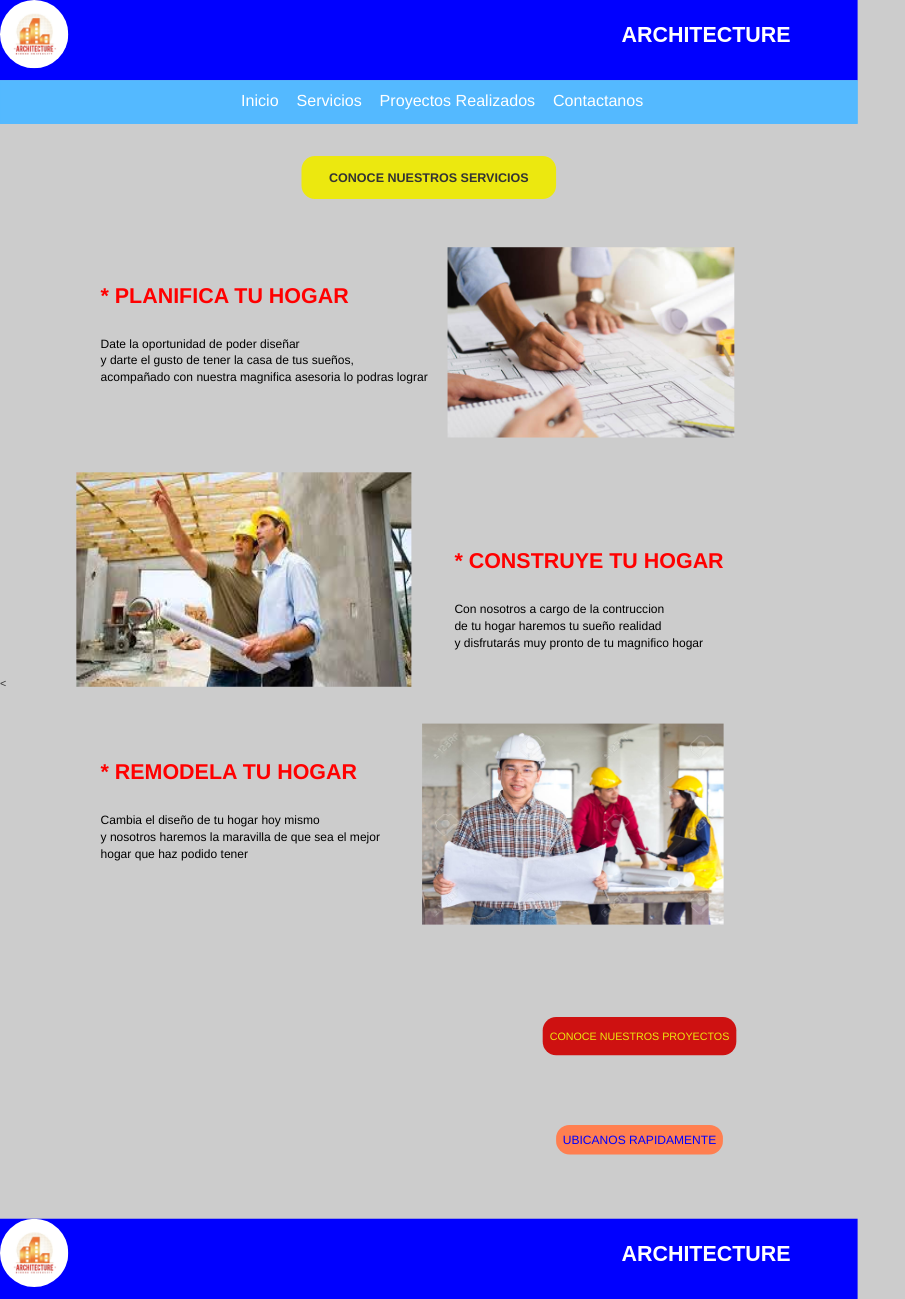
Repository: gabrielestrella18/htdocs
Page: http://localhost/arquitectos/servicios.php
An editor plug-in stored every save of this project. The page is shown before and after the next save, followed by the edit.
The browser window is 1280 px wide. The page is 1350 px wide, so the pictures cover 1350 px, including what lies to the right of the window. The pictures show the whole page, at 67% of full size.
Pictures or frames that could not be fetched are drawn as grey boxes. The page is run by PHP 8.4 with error messages shown; the project is at /var/www/html/.

Above is the page before, as saved 2023-12-10 00:28:08.

After the next save:
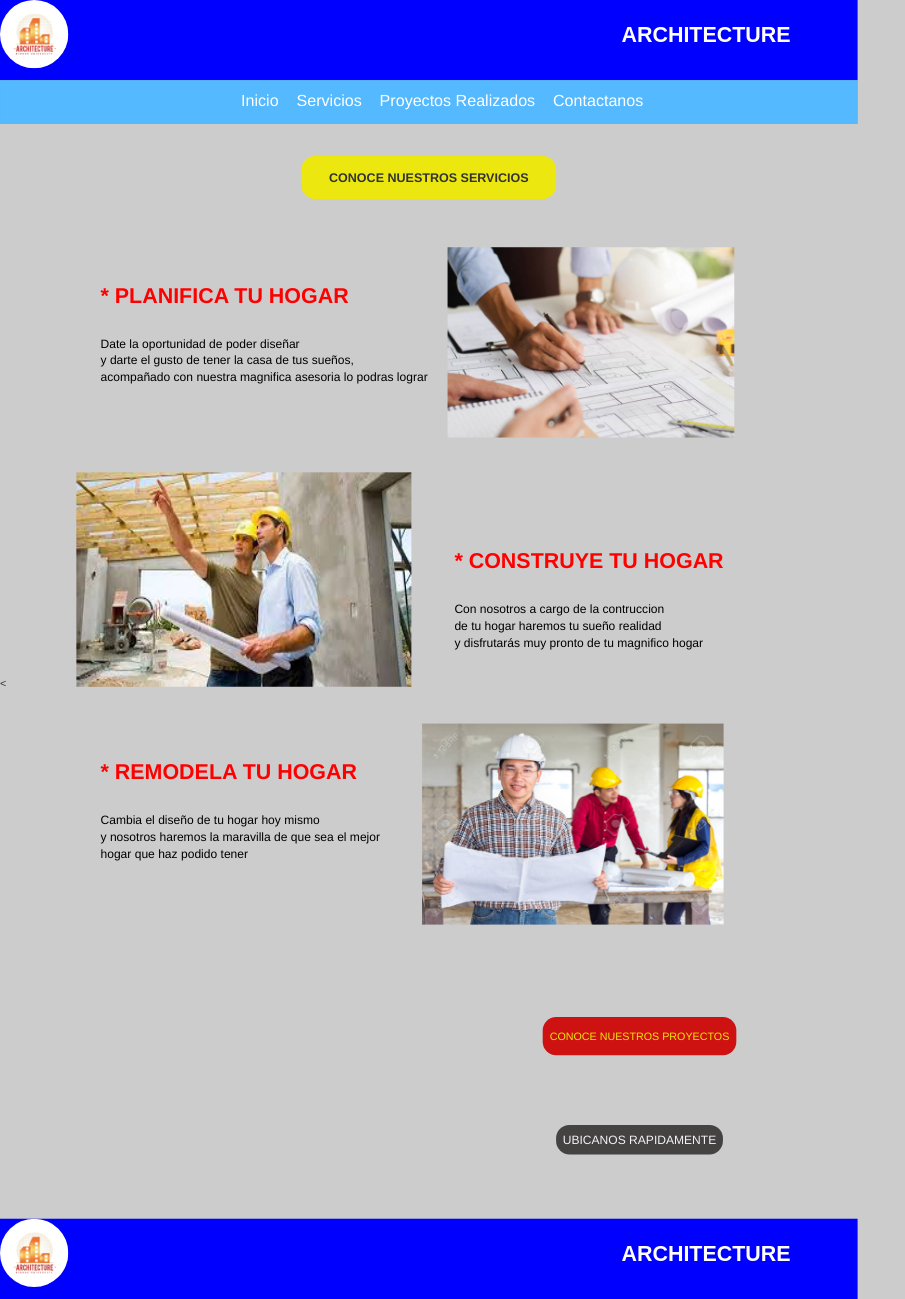
Saved 35 s later.
--- a/arquitectos/estilo.css
+++ b/arquitectos/estilo.css
@@ -223,10 +223,10 @@ p {
 }
 
 .rapi {
-    color: blue;
+    color: rgb(243, 243, 248);
     font-family: 'Franklin Gothic Medium';
     font-size: large;
-    background-color: coral;
+    background-color: rgb(68, 67, 66);
     border-radius: 20px;
     padding-top: 10px;
     padding-bottom: 10px;
